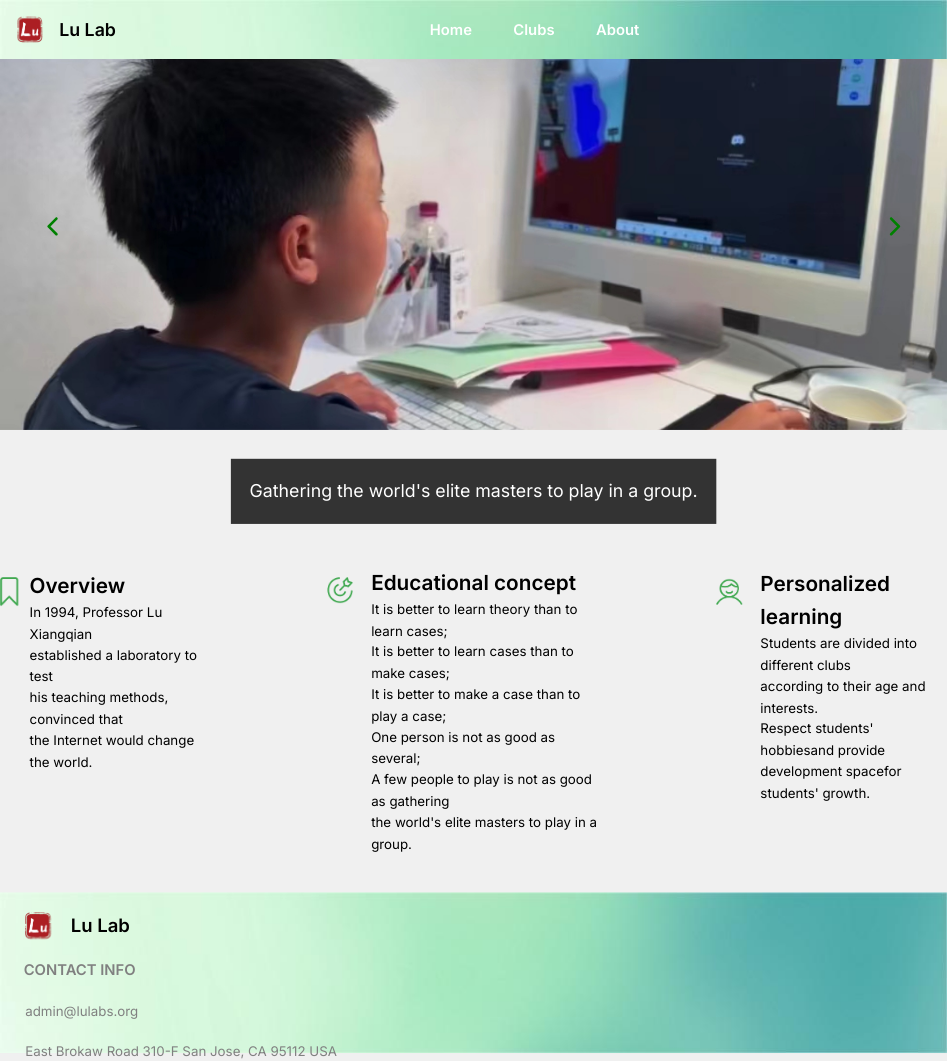
Repository: proflulab/lulab_website_next_js
Page: /
An editor plug-in stored every save of this project. The page is shown before and after the next save, followed by the edit.
The browser window is 1280 px wide. The pictures show the whole page, at 74% of full size.
The project was rebuilt for these pictures with package versions that can differ from the ones it lists, and the page was loaded fresh each time. The framework's server and built-in components were replaced by stand-ins that run in the browser. Also part of the build but not shown: next.config.js, next.config.mjs.

Above is the page before, as saved 2023-12-27 21:30:50.

After the next save:
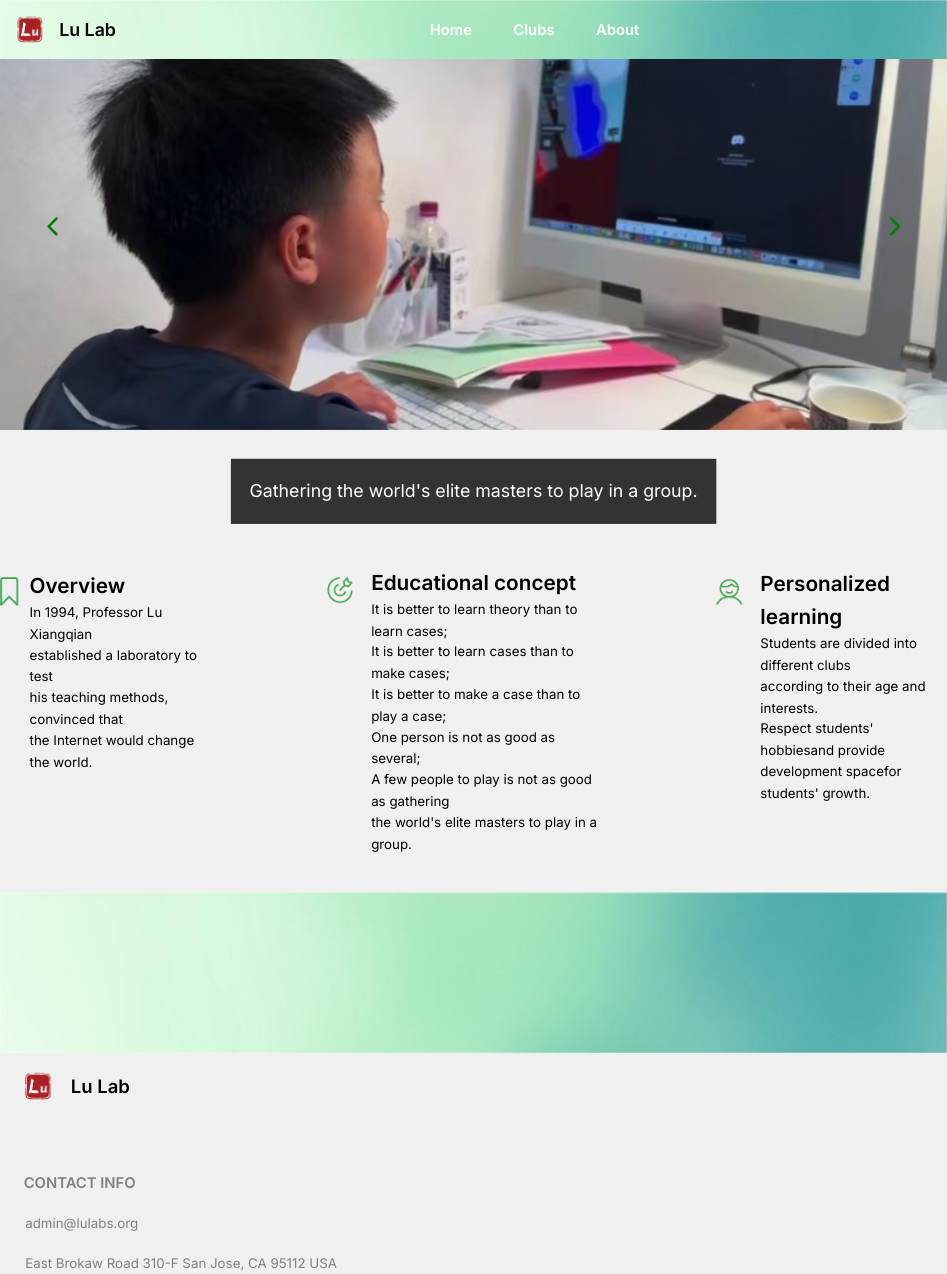
Saved 25 s later.
--- a/app/title/end.tsx
+++ b/app/title/end.tsx
@@ -2,17 +2,19 @@
 import Link from "next/link";
 import { useState, useEffect, useRef } from "react";
 import Image from "next/image";
+
 const End: React.FC = () => {
   return (
-    <div style={{ position: "relative" }}>
+    <div
+      style={{ position: "relative", display: "flex", flexDirection: "column" }}
+    >
       <Image src="/title.jpg" alt="" height="230" width="1700" />
       <div
         style={{
-          position: "absolute",
-          top: "20px",
-          left: "2%",
           display: "flex",
           alignItems: "center",
+          marginLeft: "2%",
+          marginTop: "20px",
         }}
       >
         <Image src="/logo.png" alt="" height="50" width="50" />
@@ -27,21 +29,8 @@
           Lu Lab
         </p>
       </div>
-      <div
-        style={{
-          position: "absolute",
-          top: "90px",
-          left: "2.5%",
-          textAlign: "left",
-        }}
-      >
-        <div
-          style={{
-            color: "grey",
-            fontSize: "20px",
-            fontWeight: "600",
-          }}
-        >
+      <div style={{ marginLeft: "2.5%", marginTop: "90px", textAlign: "left" }}>
+        <div style={{ color: "grey", fontSize: "20px", fontWeight: "600" }}>
           CONTACT INFO
         </div>
         <div
@@ -63,4 +52,5 @@
     </div>
   );
 };
+
 export default End;

After the save that followed:
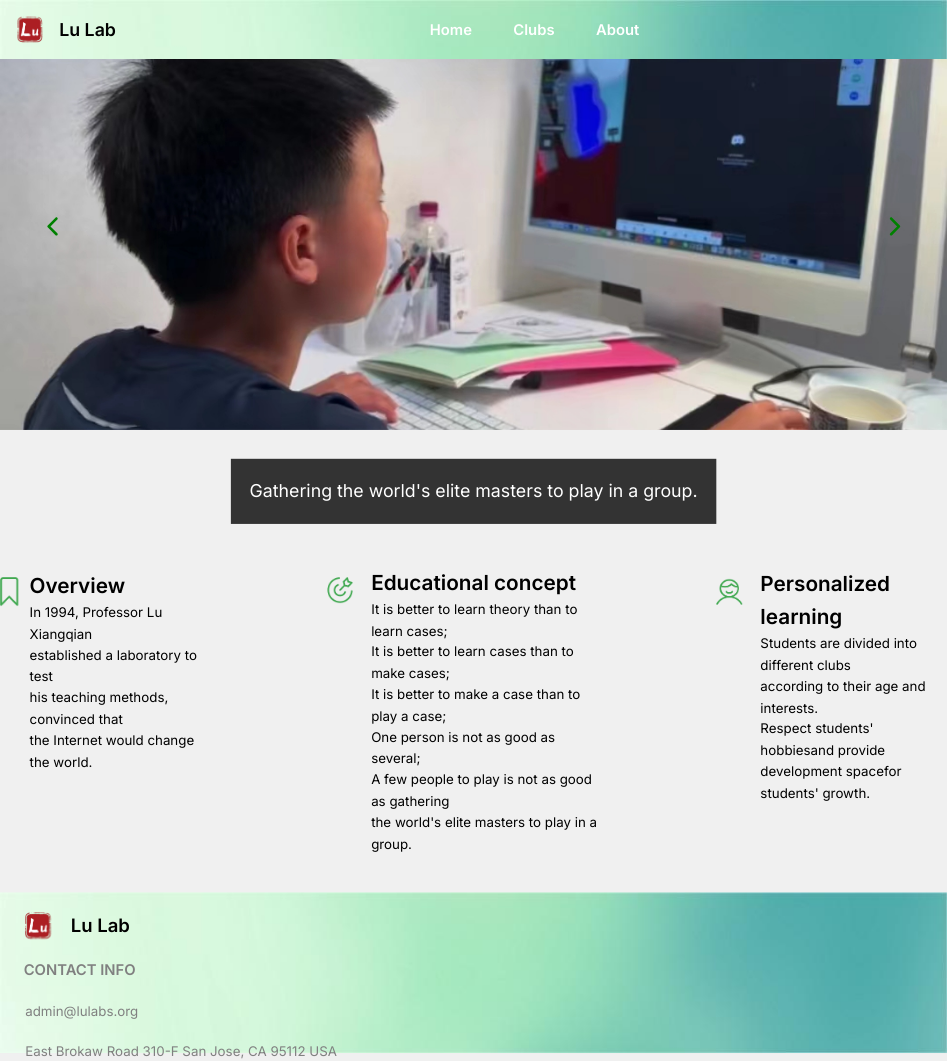
Saved 9 s later.
--- a/app/title/end.tsx
+++ b/app/title/end.tsx
@@ -2,19 +2,17 @@
 import Link from "next/link";
 import { useState, useEffect, useRef } from "react";
 import Image from "next/image";
-
 const End: React.FC = () => {
   return (
-    <div
-      style={{ position: "relative", display: "flex", flexDirection: "column" }}
-    >
+    <div style={{ position: "relative" }}>
       <Image src="/title.jpg" alt="" height="230" width="1700" />
       <div
         style={{
+          position: "absolute",
+          top: "20px",
+          left: "2%",
           display: "flex",
           alignItems: "center",
-          marginLeft: "2%",
-          marginTop: "20px",
         }}
       >
         <Image src="/logo.png" alt="" height="50" width="50" />
@@ -29,8 +27,21 @@
           Lu Lab
         </p>
       </div>
-      <div style={{ marginLeft: "2.5%", marginTop: "90px", textAlign: "left" }}>
-        <div style={{ color: "grey", fontSize: "20px", fontWeight: "600" }}>
+      <div
+        style={{
+          position: "absolute",
+          top: "90px",
+          left: "2.5%",
+          textAlign: "left",
+        }}
+      >
+        <div
+          style={{
+            color: "grey",
+            fontSize: "20px",
+            fontWeight: "600",
+          }}
+        >
           CONTACT INFO
         </div>
         <div
@@ -52,5 +63,4 @@
     </div>
   );
 };
-
 export default End;
